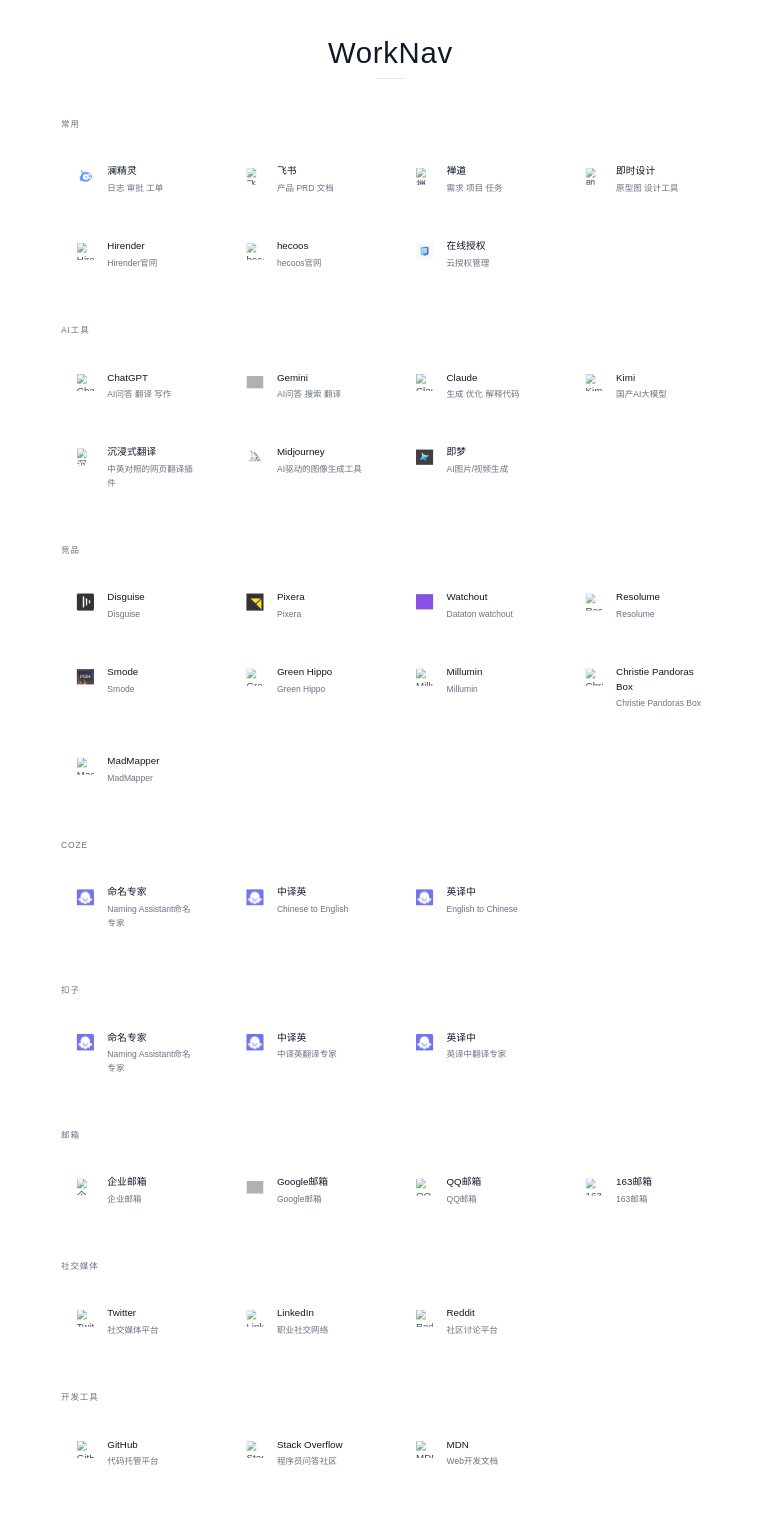
Repository: SweetPomelo0/WorkNav
Page: /
The author's editor kept a copy of each file at every save. The page is drawn from the files as they stood at one save, then again after the next save.
The browser window is 1280 px wide. The pictures show the whole page, at 61% of full size.
Pictures or frames that could not be fetched are drawn as grey boxes. The project was rebuilt for these pictures with package versions that can differ from the ones it lists, and the page was loaded fresh each time. The framework's server and built-in components were replaced by stand-ins that run in the browser. Also part of the build but not shown: next.config.ts.

Above is the page before, as saved 2025-07-26 19:05:00.

### src/app/page.tsx
export default function Home() {
  const categories = [
    {
      title: "常用",
      links: [
        { name: "澜精灵", url: "https://www.lanerp.com/Admin/index/index.html", desc: "日志 审批 工单", icon: "/img/lanjingling.png" },
        { name: "飞书", url: "https://enlightv.feishu.cn/wiki/D6Z1wOai9iVI4bkVlumcJprDn2e?fromScene=spaceOverview", desc: "产品 PRD 文档", icon: "https://feishu.cn/favicon.ico" },
        { name: "禅道", url: "https://enlightv.zentaopm.com/my/", desc: "需求 项目 任务", icon: "https://enlightv.zentaopm.com/favicon.ico" },
        { name: "即时设计", url: "https://js.design/recent", desc: "原型图 设计工具", icon: "https://img.js.design/assets/webImg/favicon.ico" },
        { name: "Hirender", url: "https://www.hirender.com/#/home", desc: "Hirender官网", icon: "https://www.hirender.com/favicon.ico" },
        { name: "hecoos", url: "https://www.hecoos.com/web/#/home", desc: "hecoos官网", icon: "https://www.hecoos.com/favicon.ico" },
        { name: "在线授权", url: "https://license.enlightv.com/web/", desc: "云授权管理", icon: "data:[embedded picture, 6295 characters]" },
      ]
    },
    {
      title: "AI工具",
      links: [
        { name: "ChatGPT", url: "https://chatgpt.com/", desc: "AI问答 翻译 写作", icon: "https://cdn.oaistatic.com/assets/favicon-180x180-od45eci6.webp" },
        { name: "Gemini", url: "https://gemini.google.com/app", desc: "AI问答 搜索 翻译", icon: "https://www.gstatic.com/lamda/images/gemini_sparkle_4g_512_lt_f94943af3be039176192d.png" },
        { name: "Claude", url: "https://claude.ai/", desc: "生成 优化 解释代码", icon: "https://claude.ai/favicon.ico" },
        { name: "Kimi", url: "https://www.kimi.com/", desc: "国产AI大模型", icon: "https://www.kimi.com/favicon.ico" },
        { name: "沉浸式翻译", url: "https://immersivetranslate.com/zh-Hans/?utm_source=ai-bot.cn", desc: "中英对照的网页翻译插件", icon: "https://immersivetranslate.com/favicon.ico" },
        { name: "Midjourney", url: "https://www.midjourney.com/explore?tab=video_top", desc: "AI驱动的图像生成工具", icon: "/img/mj.png" },
        { name: "即梦", url: "https://jimeng.jianying.com/ai-tool/home", desc: "AI图片/视频生成", icon: "/img/jimeng.png" }

      ]
    },
    {
      title: "竞品",
      links: [
        { name: "Disguise", url: "https://www.disguise.one/en", desc: "Disguise", icon: "/img/disguise.png" },
        { name: "Pixera", url: "https://pixera.one/zh/software/overview/", desc: "Pixera", icon: "/img/pixera.png" },
        { name: "Watchout", url: "https://www.dataton.com/", desc: "Dataton watchout", icon: "/img/watchout.png" },
        { name: "Resolume", url: "https://resolume.com/", desc: "Resolume", icon: "https://resolume.com/images/favicons/apple-touch-icon.png" },
        { name: "Smode", url: "https://www.smode.io/en/", desc: "Smode", icon: "/img/smode.png" },
        { name: "Green Hippo", url: "https://www.green-hippo.com/", desc: "Green Hippo", icon: "https://www.green-hippo.com/wp-content/themes/greenhippo/assets/icons/favicon.ico" },
        { name: "Millumin", url: "https://millumin.com/v5/index.php", desc: "Millumin", icon: "https://www.millumin.com/favicon/apple-icon-180x180.png" },
        { name: "Christie Pandoras Box", url: "https://www.christiedigital.com/products/christie-pandoras-box/", desc: "Christie Pandoras Box", icon: "https://www.christiedigital.com/apple-touch-icon.png" },
        { name: "MadMapper", url: "https://madmapper.com/madmapper/software", desc: "MadMapper", icon: "https://madmapper.com/images/favicon/apple-touch-icon.png" }

      ]
    },
    {
      title: "Coze",
      links: [
        { name: "命名专家", url: "https://www.coze.com/store/agent/7530562770308956161?bot_id=true", desc: "Naming Assistant命名专家", icon: "/img/coze.png" },
        { name: "中译英", url: "https://www.coze.com/store/agent/7530572378075152440?bot_id=true", desc: "Chinese to English", icon: "/img/coze.png" },
        { name: "英译中", url: "https://www.coze.com/store/agent/7530572202144694273?bot_id=true", desc: "English to Chinese", icon: "/img/coze.png" }
      ]
    },
    {
      title: "扣子",
      links: [
        { name: "命名专家", url: "https://www.coze.cn/store/agent/7530571775823577130?bot_id=true", desc: "Naming Assistant命名专家", icon: "/img/coze.png" },
        { name: "中译英", url: "https://www.coze.cn/store/agent/7530581452909035572?bot_id=true", desc: "中译英翻译专家", icon: "/img/coze.png" },
        { name: "英译中", url: "https://www.coze.cn/store/agent/7530581958234193970?bot_id=true", desc: "英译中翻译专家", icon: "/img/coze.png" }
      ]
    },
    {
      title: "邮箱",
      links: [
        { name: "企业邮箱", url: "https://exmail.qq.com/cgi-bin/frame_html?sid=qPUC22bEtIEF7kUt,2&sign_type=&r=586a2a390ca023395a120877ca5870f0", desc: "企业邮箱", icon: "https://exmail.qq.com/favicon.ico" },
        { name: "Google邮箱", url: "https://mail.google.com/mail/u/0/#inbox", desc: "Google邮箱", icon: "https://ssl.gstatic.com/ui/v1/icons/mail/rfr/gmail.ico" },
        { name: "QQ邮箱", url: "https://mail.qq.com/", desc: "QQ邮箱", icon: "https://mail.qq.com/favicon.ico" },
        { name: "163邮箱", url: "https://mail.163.com/", desc: "163邮箱", icon: "https://mail.163.com/favicon.ico" }
      ]
    },
    {
      title: "社交媒体",
      links: [
        { name: "Twitter", url: "https://twitter.com", desc: "社交媒体平台", icon: "https://twitter.com/favicon.ico" },
        { name: "LinkedIn", url: "https://www.linkedin.com", desc: "职业社交网络", icon: "https://www.linkedin.com/favicon.ico" },
        { name: "Reddit", url: "https://www.reddit.com", desc: "社区讨论平台", icon: "https://www.reddit.com/favicon.ico" }
      ]
    },
    {
      title: "开发工具",
      links: [
        { name: "GitHub", url: "https://github.com", desc: "代码托管平台", icon: "https://github.com/favicon.ico" },
        { name: "Stack Overflow", url: "https://stackoverflow.com", desc: "程序员问答社区", icon: "https://stackoverflow.com/favicon.ico" },
        { name: "MDN", url: "https://developer.mozilla.org", desc: "Web开发文档", icon: "https://developer.mozilla.org/favicon.ico" },
      ]
    }

  ];

  return (
    <div className="min-h-screen bg-white dark:bg-black text-gray-900 dark:text-gray-100">
      {/* Header */}
      <header className="py-16">
        <div className="max-w-6xl mx-auto px-8">
          <div className="text-center">
            <h1 className="text-5xl font-light mb-4 tracking-wide">WorkNav</h1>
            <div className="w-12 h-px bg-gray-300 dark:bg-gray-700 mx-auto"></div>
          </div>
        </div>
      </header>

      {/* Main Content */}
       <main className="max-w-6xl mx-auto px-8 pb-20">
         <div className="space-y-16">
           {categories.map((category, index) => (
             <section key={index} className="">
               <h2 className="text-sm font-medium tracking-widest uppercase text-gray-500 dark:text-gray-400 mb-8 pl-1">
                 {category.title}
               </h2>
               <div className="grid grid-cols-1 sm:grid-cols-2 lg:grid-cols-3 xl:grid-cols-4 gap-6">
                 {category.links.map((link, linkIndex) => (
                   <a
                     key={linkIndex}
                     href={link.url}
                     target="_blank"
                     rel="noopener noreferrer"
                     className="group block p-6 hover:bg-gray-50 dark:hover:bg-gray-900 transition-colors duration-300 rounded-lg"
                   >
                     <div className="flex items-start space-x-4">
                       <div className="w-10 h-10 flex-shrink-0 flex items-center justify-center">
                         {link.icon ? (
                           <img
                             src={link.icon}
                             alt={`${link.name} icon`}
                             className="w-7 h-7 object-contain opacity-80 group-hover:opacity-100 transition-opacity"
                           />
                         ) : (
                           <div className="w-7 h-7 bg-gray-100 dark:bg-gray-800 rounded-full flex items-center justify-center">
                             <span className="text-xs font-medium text-gray-600 dark:text-gray-300">
                               {link.name.charAt(0).toUpperCase()}
                             </span>
                           </div>
                         )}
                       </div>
                       <div className="flex-1 min-w-0">
                         <h3 className="font-medium text-gray-900 dark:text-gray-100 group-hover:text-gray-600 dark:group-hover:text-gray-300 transition-colors mb-1">
                           {link.name}
                         </h3>
                         <p className="text-sm text-gray-500 dark:text-gray-400 leading-relaxed">
                           {link.desc}
                         </p>
                       </div>
                     </div>
                   </a>
                 ))}
               </div>
             </section>
           ))}
         </div>
       </main>
    </div>
  );
}

Loaded but not shown: src/app/layout.tsx (common file); src/app/globals.css (common file)

After the next save:
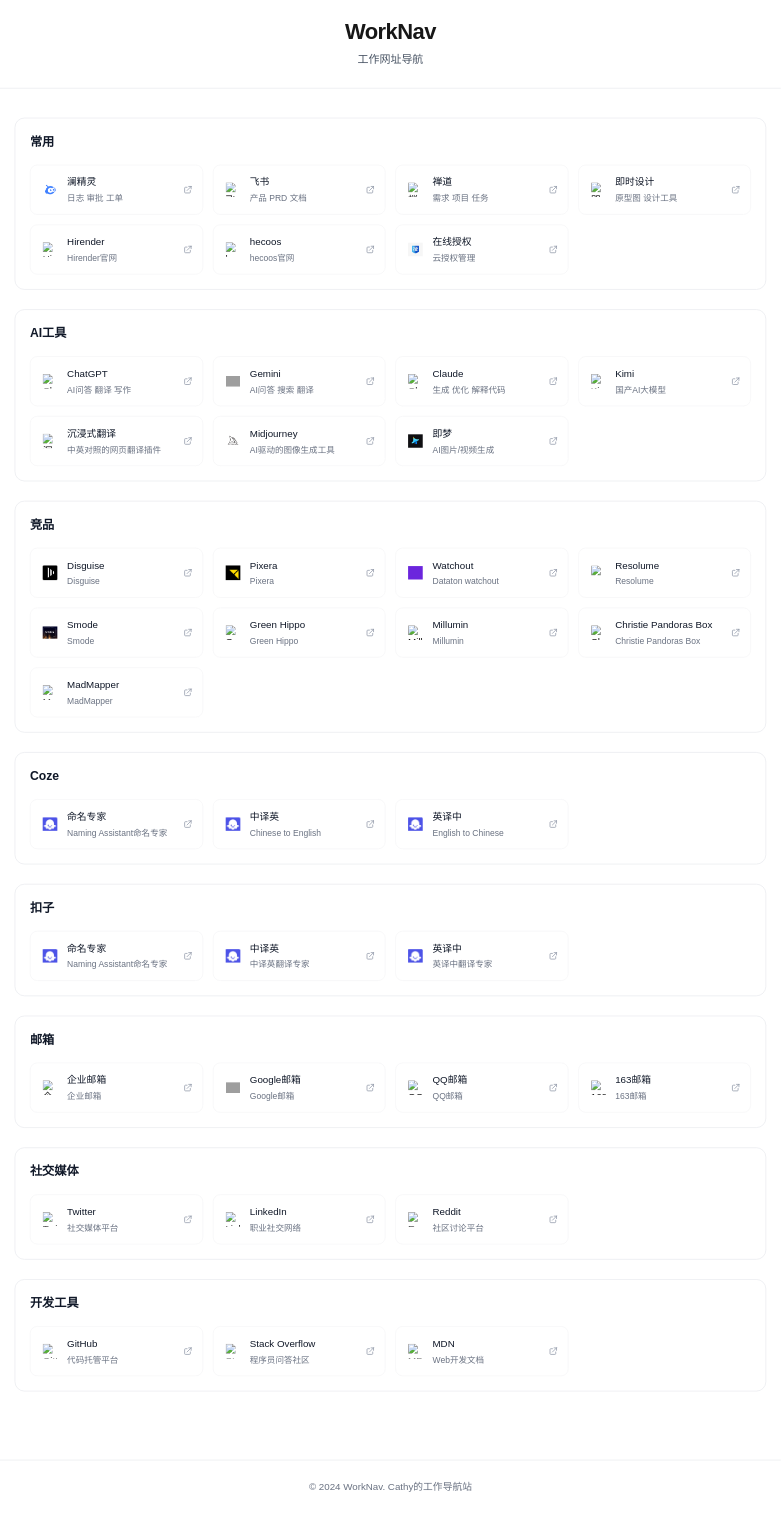
Saved 14 s later.
--- a/src/app/page.tsx
+++ b/src/app/page.tsx
@@ -85,66 +85,90 @@
   ];
 
   return (
-    <div className="min-h-screen bg-white dark:bg-black text-gray-900 dark:text-gray-100">
+    <div className="min-h-screen bg-background text-foreground">
       {/* Header */}
-      <header className="py-16">
-        <div className="max-w-6xl mx-auto px-8">
+      <header className="border-b border-gray-200 dark:border-gray-800">
+        <div className="max-w-7xl mx-auto px-6 py-8">
           <div className="text-center">
-            <h1 className="text-5xl font-light mb-4 tracking-wide">WorkNav</h1>
-            <div className="w-12 h-px bg-gray-300 dark:bg-gray-700 mx-auto"></div>
+            <h1 className="text-4xl font-bold mb-3 tracking-tight">WorkNav</h1>
+            <p className="text-lg text-gray-600 dark:text-gray-400">工作网址导航</p>
           </div>
         </div>
       </header>
 
       {/* Main Content */}
-       <main className="max-w-6xl mx-auto px-8 pb-20">
-         <div className="space-y-16">
+       <main className="max-w-7xl mx-auto px-6 py-12">
+         <div className="space-y-8">
            {categories.map((category, index) => (
-             <section key={index} className="">
-               <h2 className="text-sm font-medium tracking-widest uppercase text-gray-500 dark:text-gray-400 mb-8 pl-1">
+             <div key={index} className="bg-white dark:bg-gray-900 rounded-2xl border border-gray-200 dark:border-gray-800 p-6 hover:shadow-lg transition-shadow duration-300">
+               <h2 className="text-xl font-semibold mb-6 text-gray-900 dark:text-gray-100">
                  {category.title}
                </h2>
-               <div className="grid grid-cols-1 sm:grid-cols-2 lg:grid-cols-3 xl:grid-cols-4 gap-6">
+               <div className="grid grid-cols-1 sm:grid-cols-2 lg:grid-cols-3 xl:grid-cols-4 gap-4">
                  {category.links.map((link, linkIndex) => (
                    <a
                      key={linkIndex}
                      href={link.url}
                      target="_blank"
                      rel="noopener noreferrer"
-                     className="group block p-6 hover:bg-gray-50 dark:hover:bg-gray-900 transition-colors duration-300 rounded-lg"
+                     className="block p-4 rounded-xl border border-gray-100 dark:border-gray-700 hover:border-gray-300 dark:hover:border-gray-600 hover:bg-gray-50 dark:hover:bg-gray-800 transition-all duration-200 group"
                    >
-                     <div className="flex items-start space-x-4">
-                       <div className="w-10 h-10 flex-shrink-0 flex items-center justify-center">
-                         {link.icon ? (
-                           <img
-                             src={link.icon}
-                             alt={`${link.name} icon`}
-                             className="w-7 h-7 object-contain opacity-80 group-hover:opacity-100 transition-opacity"
-                           />
-                         ) : (
-                           <div className="w-7 h-7 bg-gray-100 dark:bg-gray-800 rounded-full flex items-center justify-center">
-                             <span className="text-xs font-medium text-gray-600 dark:text-gray-300">
-                               {link.name.charAt(0).toUpperCase()}
-                             </span>
-                           </div>
-                         )}
+                     <div className="flex items-center justify-between">
+                       <div className="flex items-center flex-1">
+                         <div className="w-8 h-8 mr-3 flex-shrink-0 flex items-center justify-center">
+                           {link.icon ? (
+                             <img
+                               src={link.icon}
+                               alt={`${link.name} icon`}
+                               className="w-6 h-6 object-contain"
+                             />
+                           ) : (
+                             <div className="w-6 h-6 bg-gray-200 dark:bg-gray-700 rounded-md flex items-center justify-center">
+                               <span className="text-xs text-gray-500 dark:text-gray-400 font-medium">
+                                 {link.name.charAt(0).toUpperCase()}
+                               </span>
+                             </div>
+                           )}
+                         </div>
+                         <div className="flex-1">
+                           <h3 className="font-medium text-gray-900 dark:text-gray-100 group-hover:text-blue-600 dark:group-hover:text-blue-400 transition-colors">
+                             {link.name}
+                           </h3>
+                           <p className="text-sm text-gray-500 dark:text-gray-400 mt-1">
+                             {link.desc}
+                           </p>
+                         </div>
                        </div>
-                       <div className="flex-1 min-w-0">
-                         <h3 className="font-medium text-gray-900 dark:text-gray-100 group-hover:text-gray-600 dark:group-hover:text-gray-300 transition-colors mb-1">
-                           {link.name}
-                         </h3>
-                         <p className="text-sm text-gray-500 dark:text-gray-400 leading-relaxed">
-                           {link.desc}
-                         </p>
-                       </div>
+                       <svg
+                         className="w-4 h-4 text-gray-400 group-hover:text-blue-600 dark:group-hover:text-blue-400 transition-colors ml-3 flex-shrink-0"
+                         fill="none"
+                         stroke="currentColor"
+                         viewBox="0 0 24 24"
+                       >
+                         <path
+                           strokeLinecap="round"
+                           strokeLinejoin="round"
+                           strokeWidth={2}
+                           d="M10 6H6a2 2 0 00-2 2v10a2 2 0 002 2h10a2 2 0 002-2v-4M14 4h6m0 0v6m0-6L10 14"
+                         />
+                       </svg>
                      </div>
                    </a>
                  ))}
                </div>
-             </section>
+             </div>
            ))}
          </div>
        </main>
+
+      {/* Footer */}
+      <footer className="border-t border-gray-200 dark:border-gray-800 mt-16">
+        <div className="max-w-7xl mx-auto px-6 py-8">
+          <div className="text-center text-gray-500 dark:text-gray-400">
+            <p>© 2024 WorkNav. Cathy的工作导航站</p>
+          </div>
+        </div>
+      </footer>
     </div>
   );
 }
